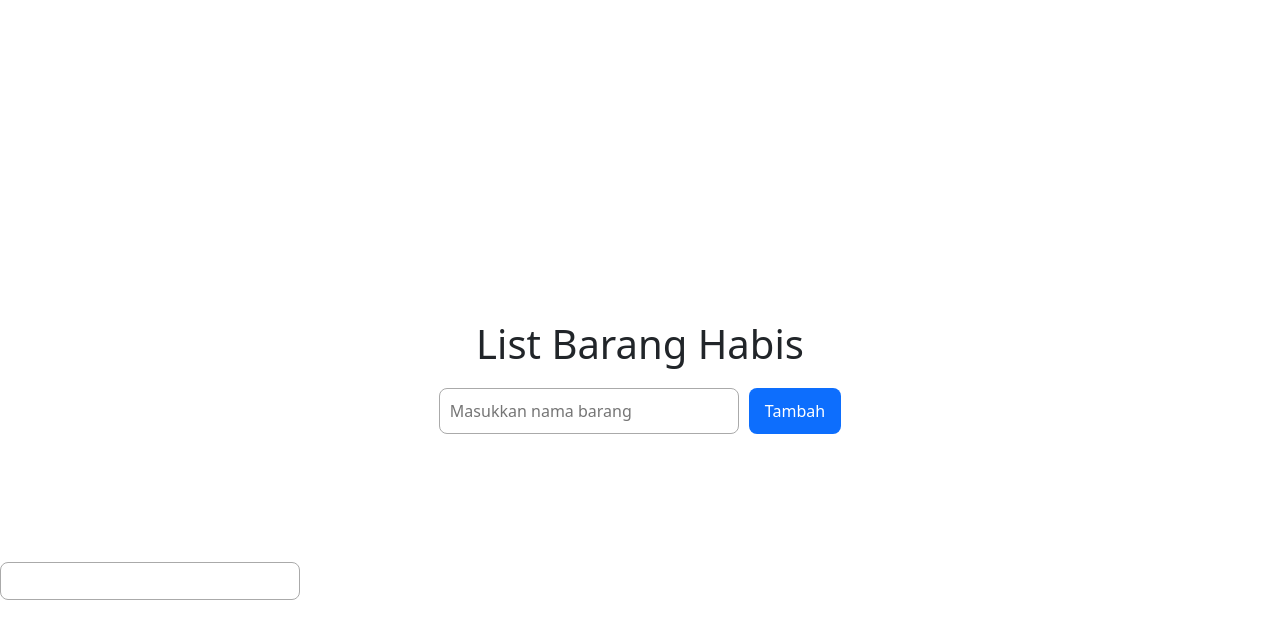
Repository: amorysdeo/dirumah
Page: index.html
An editor plug-in stored every save of this project. The page is shown before and after the next save, followed by the edit.
The browser window is 1280 px wide. The pictures show the whole page.

Above is the page before, as saved 2025-11-27 12:00:30.

### index.html
<!DOCTYPE html>
<html lang="en">
<head>
    <meta charset="UTF-8">
    <meta name="viewport" content="width=device-width, initial-scale=1.0">
    <link rel="stylesheet" href="css.css">
    <link href="https://cdn.jsdelivr.net/npm/bootstrap@5.3.3/dist/css/bootstrap.min.css" rel="stylesheet">

    <title>Belanja</title>
</head>
<body>
    <div id="main-box">
        <div id="title">
            <h1>List Barang Habis</h1>
        </div>
        <div id="inputan">
            <input type="text" id="barang" name="barang" placeholder="Masukkan nama barang">
            <button>Tambah</button>
        </div>
    </div>
    <div id="list-box">
        <ul></ul>
    </div>

    <script src="https://cdn.jsdelivr.net/npm/@popperjs/core@2.11.8/dist/umd/popper.min.js"></script>
    <script src="https://cdn.jsdelivr.net/npm/bootstrap@5.3.3/dist/js/bootstrap.min.js"></script>
</body>
</html>

### css.css
body {
    padding-top: 25%;
    margin: 0;
    background-color: #f5f5f5;
}

/* BOX UTAMA */
#main-box {
    /* background-color: aqua; */
    width: 75%;
    max-width: 500px;

    /* INI YANG NENGAHAN KANAN-KIRI */
    margin-left: auto;
    margin-right: auto;

    margin-bottom: 10%;

    /* Biar kontennya center */
    text-align: center;

}

/* TITLE */
#title h1 {
    margin-bottom: 20px;
}

/* INPUT + BUTTON */
#inputan {
    display: flex;
    justify-content: center;
    gap: 10px;
}

#inputan input {
    padding: 10px;
    width: 70%;
    max-width: 300px;
    border-radius: 8px;
    border: 1px solid #aaa;
    font-size: 16px;
}

#inputan button {
    padding: 10px 16px;
    border-radius: 8px;
    border: none;
    background-color: #0d6efd;
    color: white;
    font-size: 16px;
    cursor: pointer;
    transition: 0.2s;
}

#inputan button:hover {
    background-color: #0b5ed7;
}

#list-box{
    padding: 10px;
    width: 70%;
    max-width: 300px;
    border-radius: 8px;
    border: 1px solid #aaa;
}

After the next save:
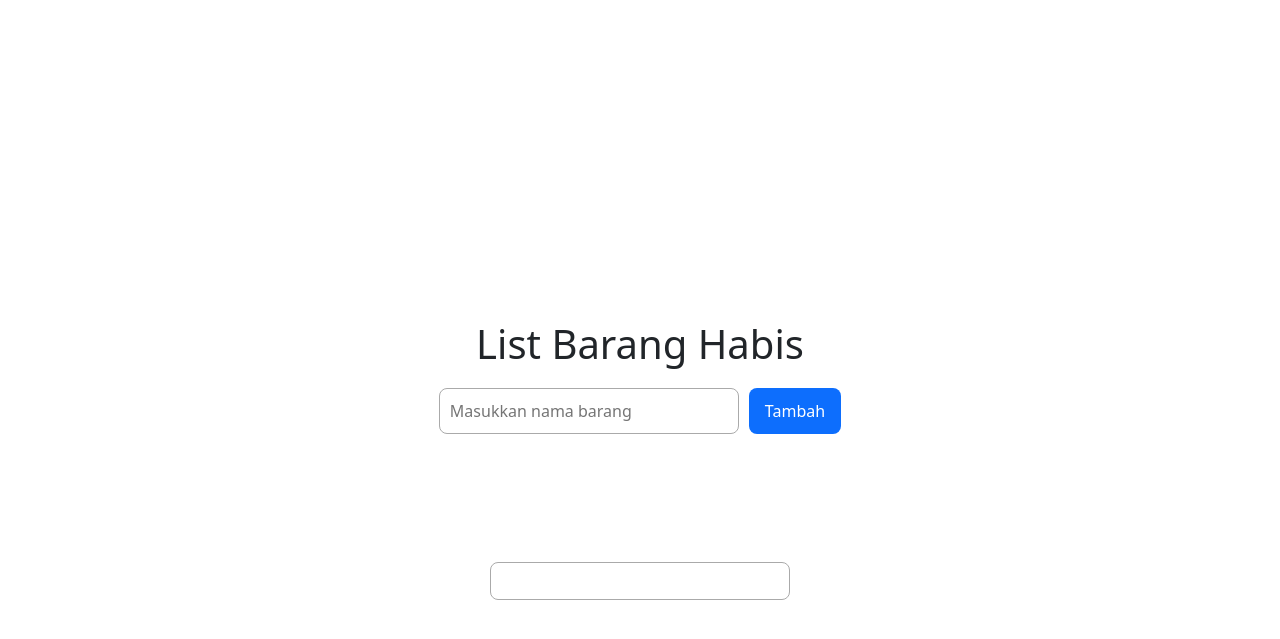
Saved 2 min 33 s later.
--- a/css.css
+++ b/css.css
@@ -57,10 +57,14 @@ body {
     background-color: #0b5ed7;
 }
 
-#list-box{
+#list-box {
     padding: 10px;
     width: 70%;
     max-width: 300px;
     border-radius: 8px;
     border: 1px solid #aaa;
+
+    /* Nengahin */
+    margin-left: auto;
+    margin-right: auto;
 }
